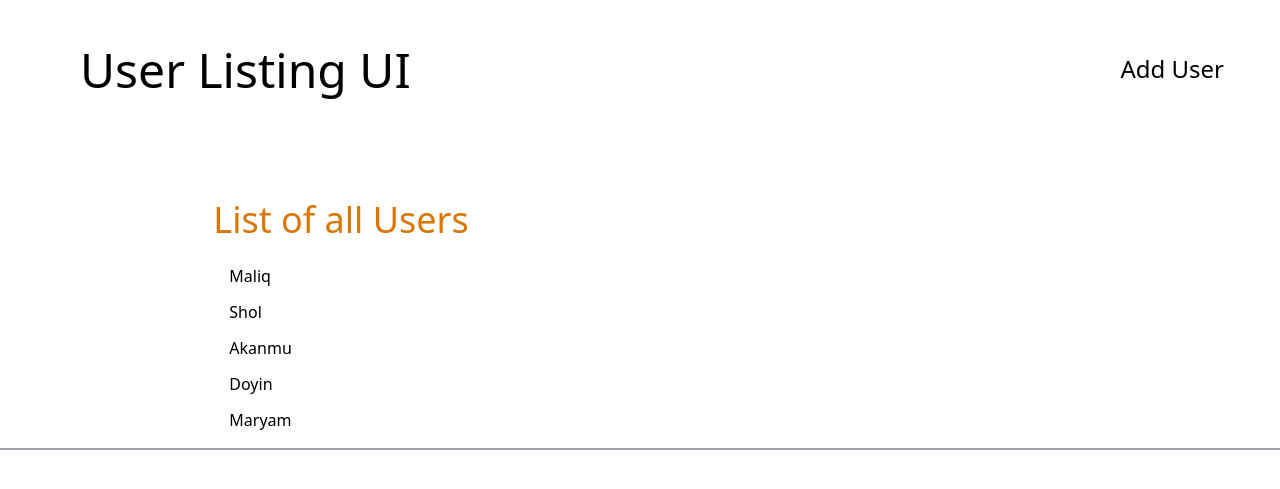
Repository: Marlstergo/listings
Page: /edit (app in client/)
An editor plug-in stored every save of this project. The page is shown before and after the next save, followed by the edit.
The browser window is 1280 px wide. The pictures show the whole page.
The project was rebuilt for these pictures with package versions that can differ from the ones it lists, and the page was loaded fresh each time. Also part of the build but not shown: client/craco.config.js, client/src/components/Loader.js, client/src/components/Order.js, client/src/components/Modal.js. Imported but missing from the stored project, and not drawn on this page: client/src/components/Base, client/src/components/Toppings.

Above is the page before, as saved 2021-07-20 23:55:09.

After the next save:
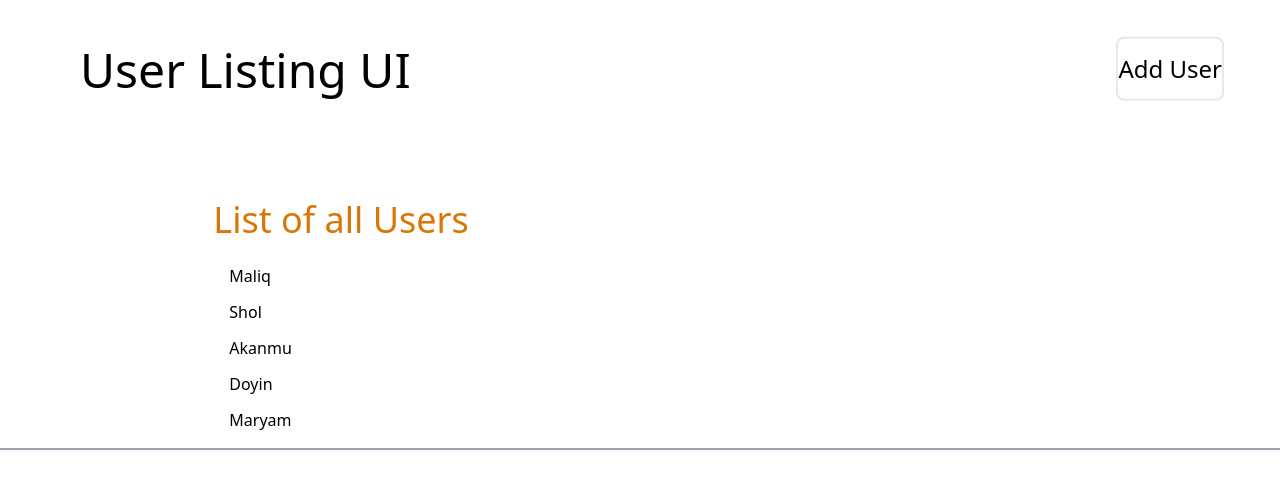
Saved 33 s later.
--- a/client/src/components/Header.js
+++ b/client/src/components/Header.js
@@ -58,7 +58,7 @@ const Header = () => {
         <h1 className=" pb-4 text-5xl">User Listing UI</h1>
         <motion.button variants={buttonVariants} whileHover="hover"
         animate="show"
-        className="text-2xl"
+        className="text-2xl border-2 rounded-lg"
         >
           Add User
         </motion.button>
